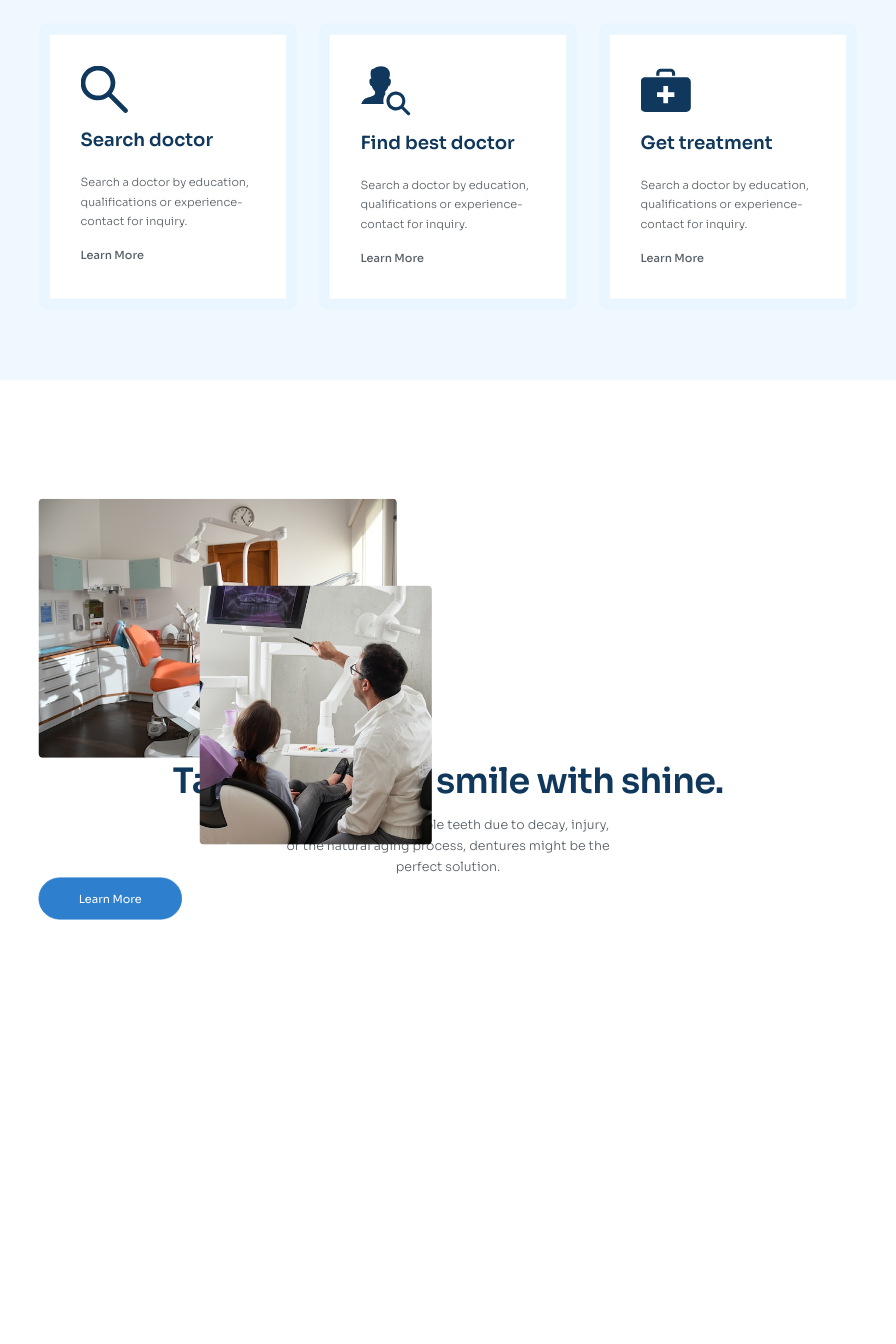
Repository: han2003dz/f8-project-03
Page: index.html
These files come from the project's save history. The page is drawn as it stood at one moment and after the next save; the edit follows.
The browser window is 1280 px wide. The pictures show the part of the page from y = 2162 to 4082 px (the page is 6000 px tall), at 70% of full size.

Above is the page before, as saved 2023-05-06 21:02:22.

After the next save:
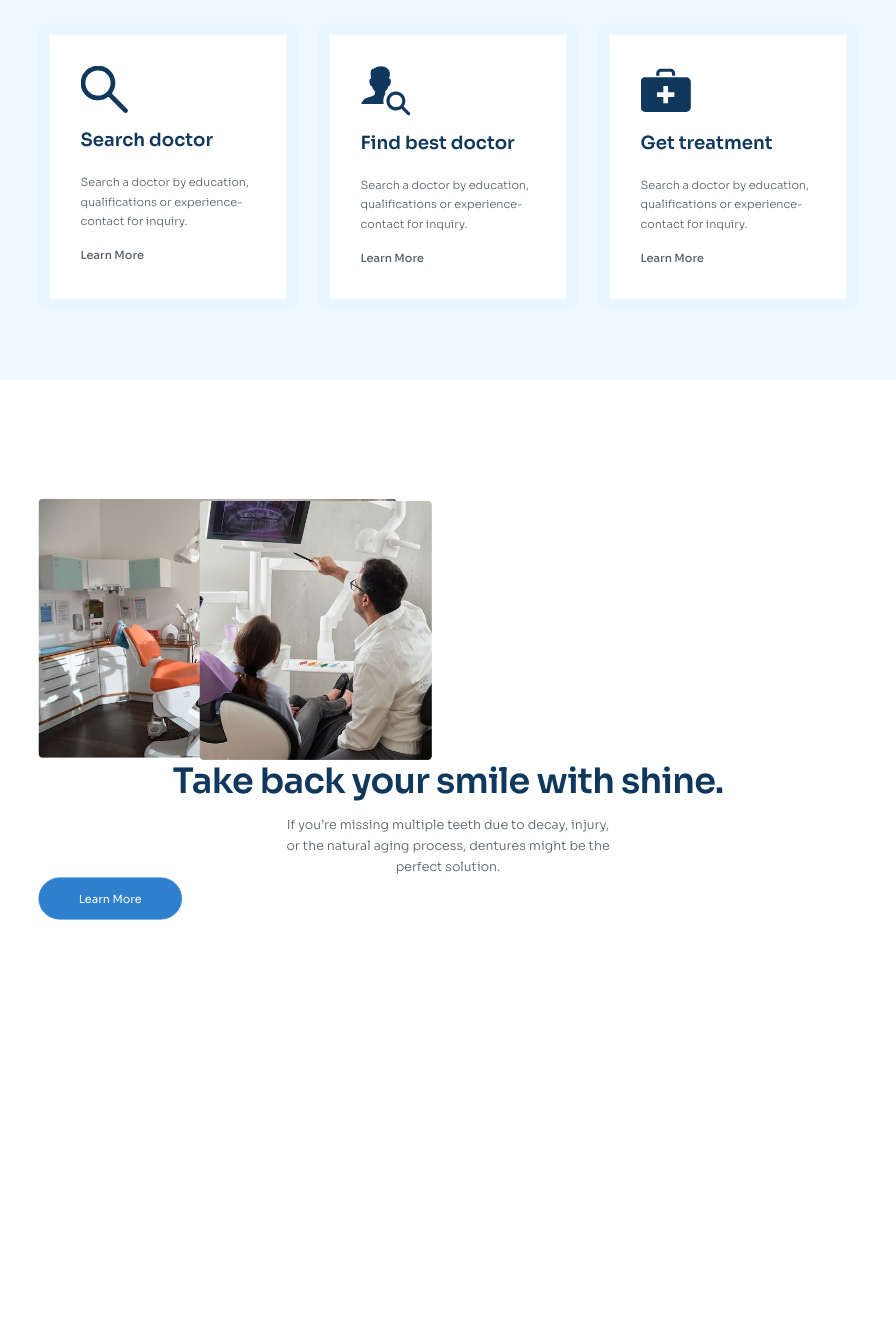
Saved 37 s later.
--- a/assets/css/style.css
+++ b/assets/css/style.css
@@ -366,5 +366,5 @@ a {
   width: 332px;
   position: absolute;
   right: 0;
-  bottom: -121px;
-}
+  bottom: 0;
+}
